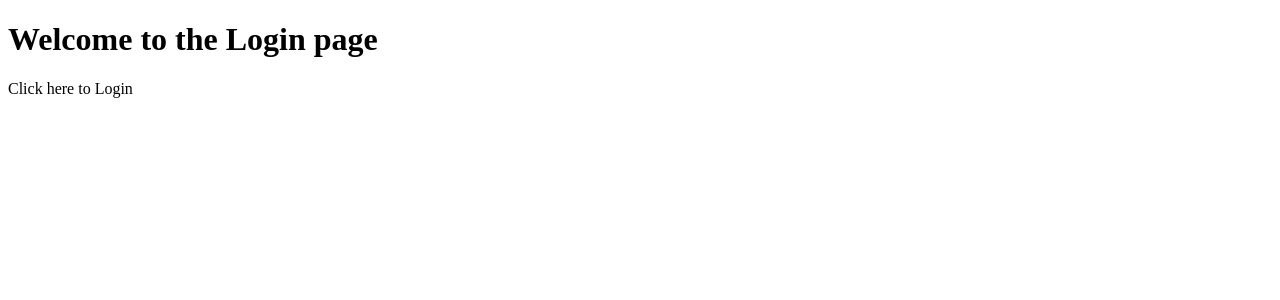
Repository: MaheshAwaji/JavaProjects
Page: http://localhost/servelet1/
These files come from the project's save history. The page is drawn as it stood at one moment and after the next save; the edit follows.
The browser window is 1280 px wide. The pictures show the whole page.
The page is served by Tomcat 9. Other server files are loaded and not shown.

Above is the page before, as saved 2024-07-01 10:02:37.

### servelet1/src/main/webapp/index.jsp
<%@ page language="java" contentType="text/html; charset=ISO-8859-1"
    pageEncoding="ISO-8859-1"%>
<!DOCTYPE html>
<html>
<head>
<meta charset="ISO-8859-1">
<title>Insert title here</title>
</head>
<body>
<h1>Welcome to the Login page </h1>
<a hreflang="hello.html">Click here to Login</a>
</body>
</html>

After the next save:
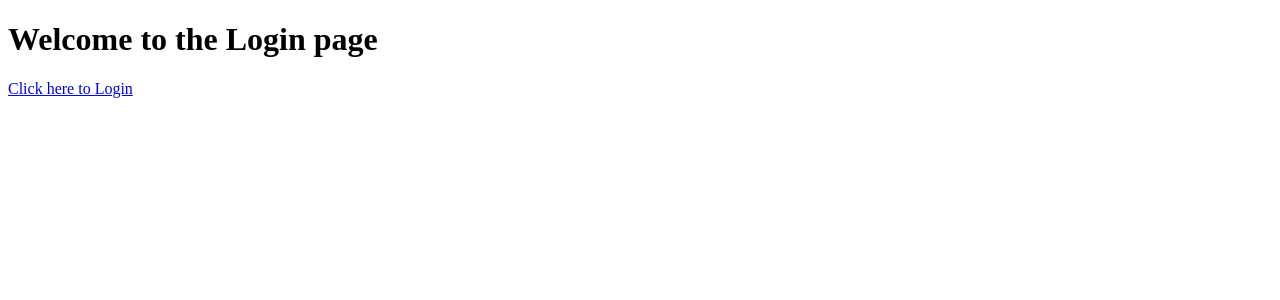
Saved 2 min 15 s later.
--- a/servelet1/src/main/webapp/index.jsp
+++ b/servelet1/src/main/webapp/index.jsp
@@ -8,6 +8,6 @@
 </head>
 <body>
 <h1>Welcome to the Login page </h1>
-<a hreflang="hello.html">Click here to Login</a>
+<a href="hello.html" >Click here to Login</a>
 </body>
 </html>
